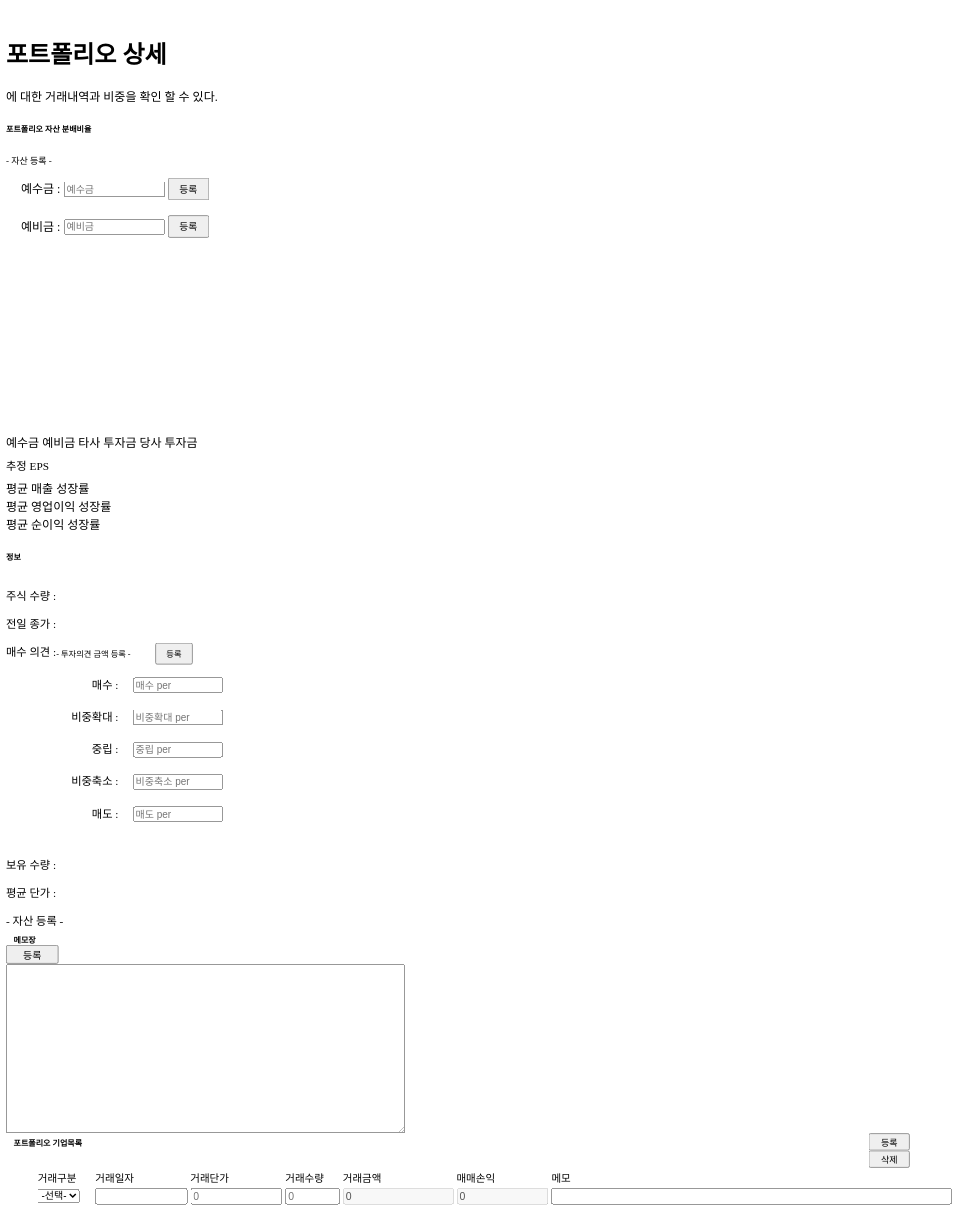
Repository: bangProgram/PJT_Finance
Page: http://localhost/Finance/WEB-INF/views/portfolio/portfolioDetail.jsp
These files come from the project's save history. The page is drawn as it stood at one moment and after the next save; the edit follows.
The browser window is 1280 px wide. The pictures show the whole page, at 75% of full size.
The page is served by Tomcat 9. Nobody is signed in. Other server files are loaded and not shown. The template is opened directly, without the code that normally fills it, so the values that code supplies are empty.

Above is the page before, as saved 2022-11-18 03:05:33.

### Finance/src/main/webapp/WEB-INF/views/portfolio/portfolioDetail.jsp
<%@ page pageEncoding="UTF-8" contentType="text/html;charset=utf-8"%>
<%@ taglib prefix="fmt" uri="http://java.sun.com/jsp/jstl/fmt"%>
<%@ taglib uri="http://java.sun.com/jsp/jstl/core" prefix="c"%>
<script src="https://code.jquery.com/jquery-3.4.1.min.js"></script>﻿
<script type="text/javascript">
	var toggleChk = true;
	$(document).ready(function(){
		$("#gubn").change(function(){
			if(this.value == "0101"){
				$("#inputTr").css("background-color","#ffc4c4");
			}else if(this.value == "0102"){
				$("#inputTr").css("background-color","#cad8ff");
			}else{
				$("#inputTr").css("background-color","");
			}

		});


	});

	function portDetailSave(mode){
		var frm = document.searchForm;
		var gubn = $("#gubn").val();

		$("#mode").val(mode);

		if(gubn == "0101"){
			var TRADE_QUANTITY = $("#TRADE_QUANTITY").val();
			var TRADE_AMOUNT = $("#TRADE_AMOUNT").val();
			$("#BUY_QUANTITY").val(TRADE_QUANTITY);
			$("#BUY_AMOUNT").val(TRADE_AMOUNT);

		}else{
			var TRADE_QUANTITY = $("#TRADE_QUANTITY").val();
			var TRADE_AMOUNT = $("#TRADE_AMOUNT").val();
			$("#SELL_QUANTITY").val(TRADE_QUANTITY);
			$("#SELL_AMOUNT").val(TRADE_AMOUNT);

		}

		$("#TRADE_AMOUNT").attr("disabled",false);
		$("#RETURN_AMOUNT").attr("disabled",false);
		frm.action = "/portfolio/detail/cud";
		frm.submit();
	}

	function calTradeAmount(){
		var gubn = $("#gubn").val();
		if(gubn != "" && gubn != null){
			var TRADE_PRICE = $("#TRADE_PRICE").val();
			var TRADE_QUANTITY = $("#TRADE_QUANTITY").val();

			var calValue = TRADE_PRICE * TRADE_QUANTITY
			$("#TRADE_AMOUNT").val(calValue);


			if(gubn == "0102"){
				var calReturn = (TRADE_PRICE - AVR_PRICE) * TRADE_QUANTITY
				$("#RETURN_AMOUNT").val(calReturn);
			}
		}else{
			alert("거래구분 먼저 선택해주세요");
			return;
		}
	}

	function regOpinonAmt(){
		var url = "/portfolio/regOpinonAmt/ajax";

		$('#opiAmtDiv').css("animation-name","");

		$.ajax({
			type : 'post',           // 타입 (get, post, put 등등)
			url : url,           // 요청할 서버url
			data : {
				CORP_CODE 	: $("#CORP_CODE").val(),
				OPINION_AMOUNT1 	: $("#OPINION_AMOUNT1").val(),
				OPINION_AMOUNT2		: $("#OPINION_AMOUNT2").val(),
				OPINION_AMOUNT3 	: $("#OPINION_AMOUNT3").val(),
				OPINION_AMOUNT4		: $("#OPINION_AMOUNT4").val(),
				OPINION_AMOUNT5 	: $("#OPINION_AMOUNT5").val(),
			},
			dataType : 'json',
			success : function(data) { // 결과 성공 콜백함수
				var resultData = data.resultData;
				$('#opiAmtDiv').css("animation-name","add");
				$('#opiAmtDiv').css("animation-duration","2.5s");
			},
			error : function(request, status, error) {
				console.log(error)
			}
		})
	}
</script>

<style>
@keyframes add {
	from{background : lightgreen;}
	to{background : transparent;}
}

@keyframes del {
	from{background : indianred;}
	to{background : transparent;}
}

@keyframes search {
	from{background : lightsteelblue;}
	to{background : transparent;}
}

.clearfix {*zoom:1;}
.clearfix:before, .clearfix:after {display:block; content: ''; line-height: 0;}
.clearfix:after {clear: both;}

</style>
<html>
<head>
<title>사업장 목록</title>
</head>
<body>

<div class="container-fluid">

	<!-- Page Heading -->
	<h1 class="h3 mb-2 text-gray-800"><c:out value="${resultData.CORP_NAME }"/> 포트폴리오 상세</h1>
	<p class="mb-4"><c:out value="${resultData.CORP_NAME }"/> 에 대한 거래내역과 비중을 확인 할 수 있다.
		<span id=""></span>
	</p>


	<div class="row">
                        <!-- Pie Chart -->
		<div class="col-xl-4 col-lg-5">
			<div class="card shadow mb-4" id="cardDiv">
		        <!-- Card Header - Dropdown -->
		        <div class="card-header py-3 d-flex flex-row align-items-center justify-content-between">
		            <h6 class="m-0 font-weight-bold text-primary">포트폴리오 자산 분배비율</h6>
		            <div class="dropdown no-arrow">
		                <a class="dropdown-toggle" href="#" role="button" id="dropdownMenuLink" data-toggle="dropdown" aria-haspopup="true" aria-expanded="false">
		                    <i class="fas fa-ellipsis-v fa-sm fa-fw text-gray-400"></i>
		                </a>
		                <div class="dropdown-menu dropdown-menu-right shadow animated--fade-in" aria-labelledby="dropdownMenuLink">
		                    <div class="dropdown-header" style="font-size: 12px;">- 자산 등록 -</div>
		                    <div class="dropdown-divider"></div>
		                    <div style="padding: 5px 10px 5px 10px;">
			                    <div class="dropdown-item" style="padding: 10px 10px 10px 10px;">
				                    예수금 : <input type="text" name="DEPOSIT_AMOUNT" id="DEPOSIT_AMOUNT" style="width : 135px;" value="${getPortfolio.DEPOSIT_AMOUNT }"  title="예수금" placeholder="예수금">
				                    <button class="btn btn-outline-primary" style="height: 30px; font-size: 13px; width: 55px;" id="btn_DEPOSIT_AMOUNT" onclick="regAsset('deposit'); return false;">
				                    	<c:if test="${getPortfolio.DEPOSIT_AMOUNT != null }">수정</c:if>
				                    	<c:if test="${getPortfolio.DEPOSIT_AMOUNT == null }">등록</c:if>
				                    </button>
			                    </div>
			                    <div class="dropdown-divider"></div>
			                    <div class="dropdown-item" style="padding: 10px 10px 10px 10px;">
				                    예비금 : <input type="text" name="RESERVE_AMOUNT" id="RESERVE_AMOUNT" style="width : 135px;" value="${getPortfolio.RESERVE_AMOUNT }"  title="예비금" placeholder="예비금">
				                    <button class="btn btn-outline-primary" style="height: 30px; font-size: 13px; width: 55px;" id="btn_RESERVE_AMOUNT" onclick="regAsset('reserve'); return false;">
				                    	<c:if test="${getPortfolio.RESERVE_AMOUNT != null }">수정</c:if>
				                    	<c:if test="${getPortfolio.RESERVE_AMOUNT == null }">등록</c:if>
				                    </button>
			                    </div>
		                    </div>
		                </div>
		            </div>
		        </div>
		        <!-- Card Body -->
		        <div class="card-body">
		            <div class="chart-pie pt-4 pb-2"><div class="chartjs-size-monitor"><div class="chartjs-size-monitor-expand"><div class=""></div></div><div class="chartjs-size-monitor-shrink"><div class=""></div></div></div>
		                <canvas id="myPieChart" width="470" height="245" style="display: block; width: 470px; height: 245px;" class="chartjs-render-monitor"></canvas>
		            </div>
		            <div class="mt-4 text-center small">
		                <span class="mr-2">
		                    <i class="fas fa-circle text-info"></i> 예수금
		                </span>
		                <span class="mr-2">
		                    <i class="fas fa-circle text-warning"></i> 예비금
		                </span>
		                <span class="mr-2">
		                    <i class="fas fa-circle text-secondary"></i> 타사 투자금
		                </span>
		                <span class="mr-2">
		                    <i class="fas fa-circle text-success"></i> 당사 투자금
		                </span>
		            </div>
		        </div>
		    </div>
		</div>

		<!-- Area Chart -->
	    <div class="" style="width: 180px;">
	        <div class="card shadow mb-4">
				<div class="card border-left-primary shadow h-100 py-2">
	            	<div class="card-body">
	                	<div class="row no-gutters align-items-center">
	                    	<div class="col mr-2">
	                        	<div class="dropdown-header" style="font-size: 15px; padding: 8px 0px 8px 0px; display: -webkit-inline-box;">
	                              추정 EPS
	                              </div>
								<div class="h5 mb-0 font-weight-bold text-gray-800"><c:out value=" ${resultData.ESTIMATE_EPS}"/></div>
	                      	</div>
	                  	</div>
	              	</div>
	          	</div>
	          	<div class="card border-left-info shadow h-100 py-2">
	              	<div class="card-body">
	                  	<div class="row no-gutters align-items-center">
	                      	<div class="col mr-2">
	                          	<div class="text-xs font-weight-bold text-info text-uppercase mb-1">
	                              	평균 매출 성장률</div>
	                          	<div class="h5 mb-0 font-weight-bold text-gray-800"><c:out value=" ${resultData.AVG_REVENUE_GROWTH}"/></div>
	                      	</div>
	                  	</div>
	              	</div>
	          	</div>
	        	<div class="card border-left-info shadow h-100 py-2">
	              	<div class="card-body">
	                  	<div class="row no-gutters align-items-center">
	                      	<div class="col mr-2">
	                          	<div class="text-xs font-weight-bold text-info text-uppercase mb-1">
	                              	평균 영업이익 성장률</div>
	                          	<div class="h5 mb-0 font-weight-bold text-gray-800"><c:out value=" ${resultData.AVG_OPERAT_GROWTH}"/></div>
	                      	</div>
	                  	</div>
	              	</div>
	          	</div>
	          	<div class="card border-left-info shadow h-100 py-2">
	              	<div class="card-body">
	                  	<div class="row no-gutters align-items-center">
	                      	<div class="col mr-2">
	                          	<div class="text-xs font-weight-bold text-info text-uppercase mb-1">
	                              	평균 순이익 성장률</div>
	                          	<div class="h5 mb-0 font-weight-bold text-gray-800"><c:out value=" ${resultData.AVG_PROFIT_GROWTH}"/></div>
	                      	</div>
	                  	</div>
	              	</div>
	          	</div>
	        </div>
		</div>
		<!-- MEMO Area -->
	    <div class="col-xl-2 col-lg-5">
			<div class="card shadow mb-4">
				<div class="card-header py-3">
					<h6 class="m-0 font-weight-bold text-primary"><c:out value="${resultData.CORP_NAME }"/> 정보</h6>
				</div>
				<div class="card-body">
					<div class="dropdown-header" style="font-size: 15px; padding: 8px 0px 8px 0px;">
                    	주식 수량 :  <span style="color: black;"><c:out value="${resultData.SHARES_AMOUNT}"/></span>
                    </div>
                    <div class="dropdown-divider"></div>
                    <div class="dropdown-header" style="font-size: 15px; padding: 8px 0px 8px 0px;">
                    	전일 종가 : <span style="color: black;"><c:out value="${resultData.BEF_CLS_PRICE}"/></span>
                    </div>
                    <div class="dropdown-divider"></div>
                    <div class="dropdown-header" style="font-size: 15px; padding: 8px 0px 8px 0px; display: -webkit-inline-box;">
                    	매수 의견 : <span style="color: black;"><c:out value="${resultData.INVEST_OPINION}"/></span>
                    	<div class="dropdown no-arrow" style="right: -45px;">
			                <a class="dropdown-toggle" href="#" role="button" id="dropdownMenuLink" data-toggle="dropdown" aria-haspopup="true" aria-expanded="false">
			                    <i class="fas fa-ellipsis-v fa-sm fa-fw text-gray-400"></i>
			                </a>
			                <div class="dropdown-menu dropdown-menu-right shadow animated--fade-in" aria-labelledby="dropdownMenuLink">
			                    <div class="dropdown-header" id="opiAmtDiv" style="font-size: 11px;">
			                    	- 투자의견 금액 등록 -
			                    	<button class="btn btn-outline-primary" style="height: 29px; font-size: 11px; width: 50px; margin-left: 30px;" id="btn_DEPOSIT_AMOUNT" onclick="regOpinonAmt(); return false;">
					                    	등록
					                </button>
			                    </div>
			                    <div class="dropdown-divider"></div>
			                    <div style="padding: 5px 10px 5px 10px;">
			                    <form name="opinionForm">
				                    <div class="dropdown-item" style="padding: 10px 10px 10px 10px; text-align: right;">
					                    매수 :
					                    <input type="text" name="OPINION_AMOUNT1" id="OPINION_AMOUNT1" style="width : 120px; margin-left: 15px;" value='<c:out value="${resultData.OPINION_AMOUNT1}"/>' title="예수금" placeholder="매수 per">
				                    </div>
				                    <div class="dropdown-divider"></div>
				                    <div class="dropdown-item" style="padding: 10px 10px 10px 10px;  text-align: right;">
					                    비중확대 :
					                    <input type="text" name="OPINION_AMOUNT2" id="OPINION_AMOUNT2" style="width : 120px; margin-left: 15px;" value='<c:out value="${resultData.OPINION_AMOUNT2}"/>' title="예수금" placeholder="비중확대 per">
				                    </div>
				                    <div class="dropdown-divider"></div>
				                    <div class="dropdown-item" style="padding: 10px 10px 10px 10px;  text-align: right;">
					                    중립 :
					                    <input type="text" name="OPINION_AMOUNT3" id="OPINION_AMOUNT3" style="width : 120px; margin-left: 15px;" value='<c:out value="${resultData.OPINION_AMOUNT3}"/>' title="예수금" placeholder="중립 per">
				                    </div>
				                    <div class="dropdown-divider"></div>
				                    <div class="dropdown-item" style="padding: 10px 10px 10px 10px;  text-align: right;">
					                    비중축소 :
					                    <input type="text" name="OPINION_AMOUNT4" id="OPINION_AMOUNT4" style="width : 120px; margin-left: 15px;" value='<c:out value="${resultData.OPINION_AMOUNT4}"/>' title="예수금" placeholder="비중축소 per">
				                    </div>
				                    <div class="dropdown-divider"></div>
				                    <div class="dropdown-item" style="padding: 10px 10px 10px 10px;  text-align: right;">
					                    매도 :
					                    <input type="text" name="OPINION_AMOUNT5" id="OPINION_AMOUNT5" style="width : 120px; margin-left: 15px;" value='<c:out value="${resultData.OPINION_AMOUNT5}"/>' title="예수금" placeholder="매도 per">
				                    </div>
				                    <div class="dropdown-divider"></div>
				                </form>
			                    </div>
			                </div>
		            	</div>
                    </div>
                    <div class="dropdown-divider"></div>
                    <div class="dropdown-header" style="font-size: 15px; padding: 8px 0px 8px 0px;">
                    	보유 수량 : <span style="color: black;"><c:out value="${resultData.HOLD_QUANTITY}"/></span>
                    </div>
                    <div class="dropdown-divider"></div>
                    <div class="dropdown-header" style="font-size: 15px; padding: 8px 0px 8px 0px;">
                    	평균 단가 : <span style="color: black;"><c:out value="${resultData.AVR_PRICE}"/></span>
                    </div>
                    <div class="dropdown-divider"></div>
                    <div class="dropdown-header" style="font-size: 15px; padding: 8px 0px 8px 0px;">
                    	- 자산 등록 -
                    </div>
				</div>
			</div>
		</div>
		<!-- MEMO Area -->
	    <div class="col-xl-4 col-lg-5">
			<div class="card shadow mb-4">
				<div class="card-header py-3">
					<h6 class="m-0 font-weight-bold text-primary" style="display: table-cell; width: 95%; padding-left: 10px;"><c:out value="${resultData.CORP_NAME }"/> 메모장</h6>
	            	<div >
					<button class="dt-button buttons-excel buttons-html5 btn btn-outline-primary excelBtn" style="width: 70px;" tabindex="0" aria-controls="portCorpList" onclick="addMemo(); return false;">
						<span>
							<c:if test="${resultData.MEMO != null}">수정</c:if>
							<c:if test="${resultData.MEMO == null}">등록</c:if>
						</span>
					</button>
					</div>
				</div>
				<div class="card-body">
					<textarea  rows="20" cols="85" style="    font-size: 10px;"><c:out value="${resultData.MEMO }"/></textarea>
				</div>
			</div>
		</div>
	</div>

	<form name="searchForm" method="post">
		<div class="container-fluid">
			<input type="hidden" name="mode" id="mode" value="" title="수정 FLAG">
			<input type="hidden" name="CORP_CODE" id="CORP_CODE" value="<c:out value='${resultData.CORP_CODE }'/>" title="현재보고있는 기업 코드">
			<input type="hidden" name="AVR_PRICE" id="AVR_PRICE" value="<c:out value='${resultData.AVR_PRICE}'/>" title="현재보고있는 기업 평균단가"/>
			<input type="hidden" name="HOLD_QUANTITY" id="HOLD_QUANTITY" value="<c:out value='${resultData.HOLD_QUANTITY }'/>" title="현재보고있는 기업 보유 수량">

			<input type="hidden" name="SEQs" id="SEQs" value="" title="삭제대상 상세 SEQ(복수)">

		</div>

	<!-- DataTales Example -->
	    <div class="card shadow mb-4">
	        <div class="card-header py-3" id="dataTables" style="display: table;">
	            <h6 class="m-0 font-weight-bold text-primary" style="display: table-cell; width: 91%; padding-left: 10px;">포트폴리오 기업목록</h6>
	            <div >
					<button class="dt-button buttons-excel buttons-html5 btn btn-outline-primary excelBtn" style="width: 55px; font-size: 12px;" tabindex="0" aria-controls="portCorpList" type="submit" onclick="portDetailSave('add'); return false;">
						<span>등록</span>
					</button>
					<button class="dt-button buttons-excel buttons-html5 btn btn-outline-primary excelBtn" style="width: 55px; font-size: 12px;" tabindex="0" aria-controls="portCorpList" type="submit" onclick="portDetailSave('del'); return false;">
						<span>삭제</span>
					</button>
				</div>
	        </div>
	        <div class="card-body">
	            <div class="table-responsive" >
	                <table id="portCorpList" class="table table-bordered" id="dataTable"  style="font-size: 14px; width:100%" >
	                	<colgroup>
	                		<col width="3%"/>
	                		<col width="6%"/>
	                		<col width="10%"/>
	                		<col width="10%"/>
	                		<col width="6%"/>
	                		<col width="12%"/>
	                		<col width="10%"/>
	                		<col width="43%"/>
	                	</colgroup>
	                    <thead id="tableHead">
				            <tr>
				            	<td></td>
				            	<td>거래구분</td>
								<td>거래일자</td>
								<td>거래단가</td>
								<td>거래수량</td>
								<td>거래금액</td>
								<td>매매손익</td>
								<td>메모</td>
							</tr>
				        </thead>
				        <tbody id="bodyList">
							<c:forEach items="${resultList}" var="ls" >
								<c:if test="${ls.GUBN == '0101'}"><tr style="background-color: #ffc4c4;"></c:if>
								<c:if test="${ls.GUBN == '0102'}"><tr style="background-color: #cad8ff;"></c:if>
									<td><input type="checkbox" name="del" value="${ls.SEQ}" title="포트폴리오 상세 SEQ"/></td>
									<td><c:out value="${ls.GUBN_NM}"/></td>
									<td><c:out value="${ls.TRADE_DATE}"/></td>
									<td><c:out value="${ls.TRADE_PRICE}"/></td>
									<td>
										<c:if test="${ls.GUBN == '0101'}"><c:out value="${ls.BUY_QUANTITY}"/></c:if>
										<c:if test="${ls.GUBN == '0102'}"><c:out value="${ls.SELL_QUANTITY}"/></c:if>
									</td>
									<td>
										<c:if test="${ls.GUBN == '0101'}"><c:out value="${ls.BUY_AMOUNT}"/></c:if>
										<c:if test="${ls.GUBN == '0102'}"><c:out value="${ls.SELL_AMOUNT}"/></c:if>
									</td>
									<td><c:out value="${ls.RETURN_AMOUNT}"/></td>
									<td><c:out value="${ls.MEMO}"/></td>
								</tr>
							</c:forEach>
							<tr id="inputTr">
								<td></td>
								<td>
									<select name="gubn" id="gubn" title="포트폴리오 상세 구분">
										<option value="">-선택-</option>
										<option value="0101">매수</option>
										<option value="0102">매도</option>
									</select>
								</td>
							    <td><input type="text" name="TRADE_DATE" id="TRADE_DATE" value="${curDate}" title="포트폴리오 거래일자" style="font-size: 14px; width:100%" /></td>
							    <td>
							    	<input type="text" name="TRADE_PRICE" onchange="calTradeAmount(); return false;" id="TRADE_PRICE" value="" placeholder="0" title="포트폴리오 거래단가" style="font-size: 14px; width:100%" />
							    </td>
								<td>
									<input type="text" name="TRADE_QUANTITY" onchange="calTradeAmount(); return false;" id="TRADE_QUANTITY" value="" placeholder="0" title="포트폴리오 거래수량" style="font-size: 14px; width:100%" />
									<input type="hidden" name="BUY_QUANTITY" id="BUY_QUANTITY" value="" title="매수 거래수량"/>
									<input type="hidden" name="SELL_QUANTITY" id="SELL_QUANTITY" value="" title="매도 거래수량"/>
								</td>
								<td>
									<input type="text" name="TRADE_AMOUNT" id="TRADE_AMOUNT" value="0" title="포트폴리오 거래금액" disabled="disabled" style="font-size: 14px; width:100%"/>
									<input type="hidden" name="BUY_AMOUNT" id="BUY_AMOUNT" value="" title="매수 거래금액"/>
									<input type="hidden" name="SELL_AMOUNT" id="SELL_AMOUNT" value="" title="매도 거래금액"/>
								</td>
								<td><input type="text" name="RETURN_AMOUNT" id="RETURN_AMOUNT" value="0" title="포트폴리오 매매손익" disabled="disabled" style="font-size: 14px; width:100%"/></td>
								<td><input type="text" name="MEMO" id="MEMO" value="" title="포트폴리오 거래 사유" style="font-size: 14px; width:100%"/></td>
							</tr>
				        </tbody>
	                </table>
	            </div>
	        </div>
	    </div>
	</form>
</div>

</body>
</html>

After the next save:
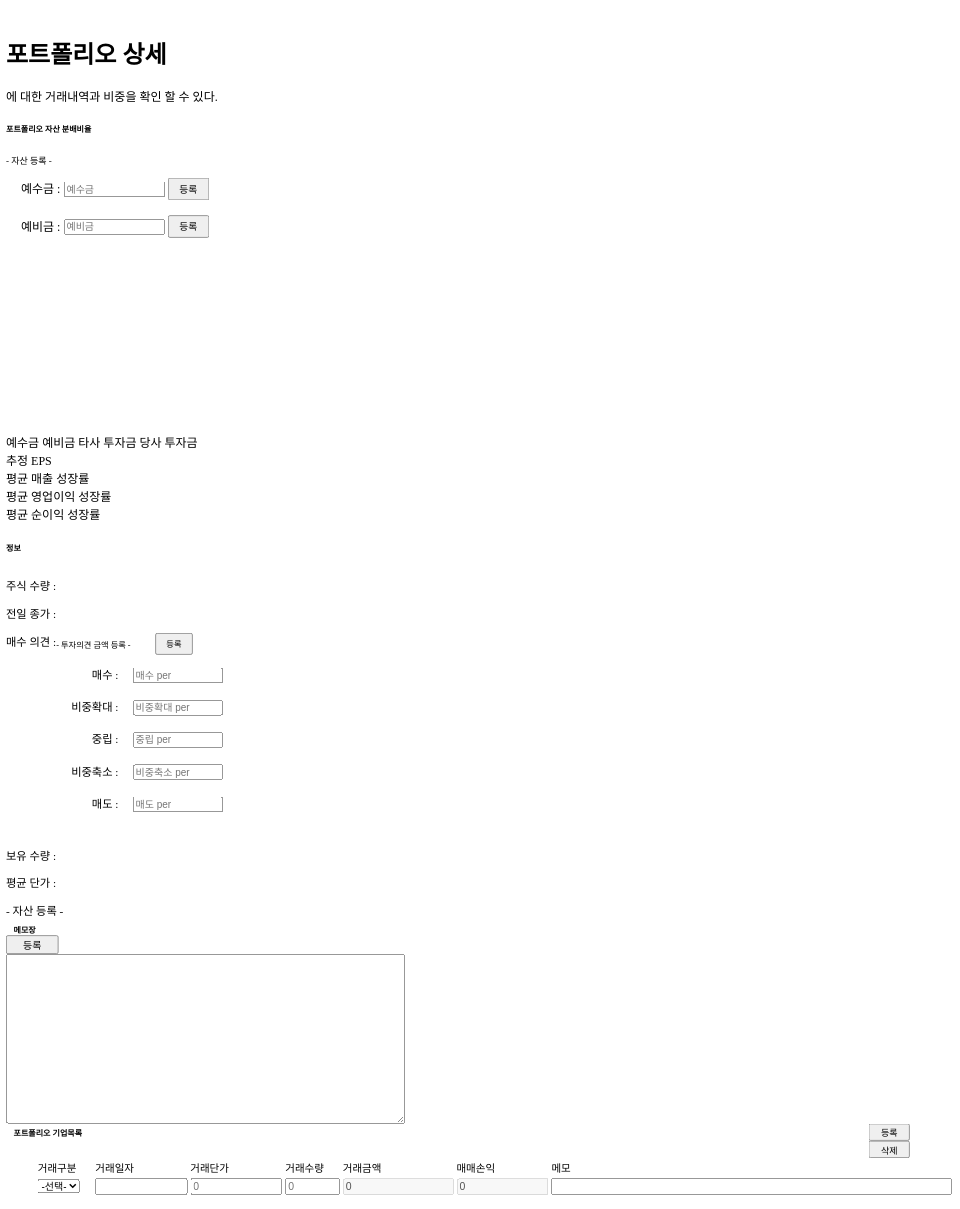
Saved 8 s later.
--- a/Finance/src/main/webapp/WEB-INF/views/portfolio/portfolioDetail.jsp
+++ b/Finance/src/main/webapp/WEB-INF/views/portfolio/portfolioDetail.jsp
@@ -194,9 +194,8 @@
 	            	<div class="card-body">
 	                	<div class="row no-gutters align-items-center">
 	                    	<div class="col mr-2">
-	                        	<div class="dropdown-header" style="font-size: 15px; padding: 8px 0px 8px 0px; display: -webkit-inline-box;">
-	                              추정 EPS
-	                              </div>
+	                        	<div class="text-xs font-weight-bold text-primary text-uppercase mb-1">
+	                              추정 EPS</div>
 								<div class="h5 mb-0 font-weight-bold text-gray-800"><c:out value=" ${resultData.ESTIMATE_EPS}"/></div>
 	                      	</div>
 	                  	</div>
